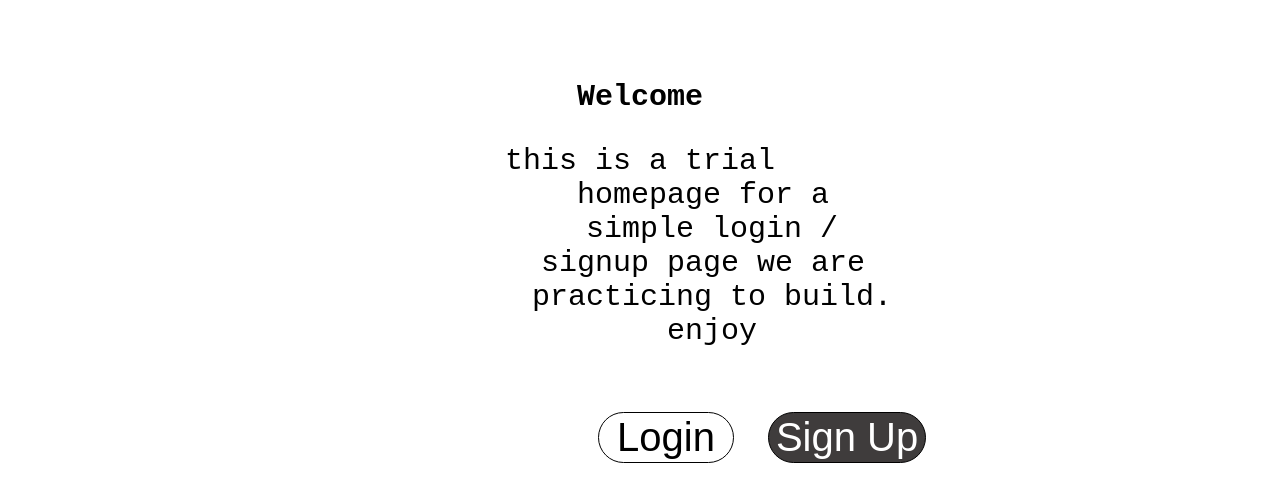
Repository: yhung004/TUTORIAL_PAGE
Page: home.html
An editor plug-in stored every save of this project. The page is shown before and after the next save, followed by the edit.
The browser window is 1280 px wide. The pictures show the whole page.

Above is the page before, as saved 2024-04-10 02:06:26.

### home.html
<!DOCTYPE html>
<html lang="en">
<head>
    <meta charset="UTF-8">
    <meta name="viewport" content="width=device-width, initial-scale=1.0">
    <title>Document</title>
    <link rel="stylesheet" href="main.css">
</head>
<body>
    <h3 class="welcome">Welcome</h3>
    <pre class="welcome_text">this is a trial
        homepage for a
        simple login /
        signup page we are
        practicing to build.
        enjoy
    </pre>
    <button class="button_a">
       <a href="#" class="button_a1">Login</a>
    </button>
    <button class="button_b">
        <a href="#" class="button_b1">Sign Up</a>
    </button>
</body>
</html>

### main.css
.welcome{
    text-align: center;
    font-family: 'Courier New', Courier, monospace;
    font-size: 30px;
    margin-top: 80px;
}
.welcome_text {
    text-align:center;
    font-family: 'Courier New', Courier, monospace;
    font-size: 30px;
}
.button_a {
    position: relative;
    left: 590px;
    border: 1px solid black;
    background-color:white;
    border-radius: 30px;
    font-size: 40px;
    padding: 2px 18px 2px 18px;
}
.button_b {
    position: relative;
    right: -620px;
    border : 1px solid black;
    border-radius: 40px;
    background-color: rgb(63, 60, 60);
    color:white;
    font-size: 40px;
    padding: 2px 7px 2px 7px;
}
a.button_b1 {
    text-decoration: none;
    color:white;
}
a.button_a1 {
    text-decoration:none;
    color:black;
}

After the next save:
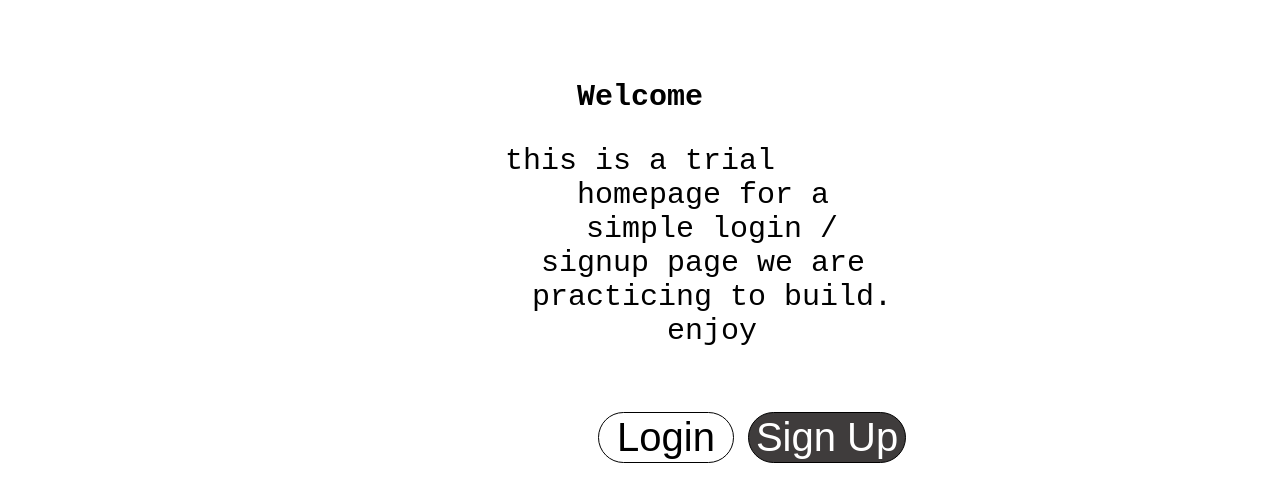
Saved 19 s later.
--- a/main.css
+++ b/main.css
@@ -20,7 +20,7 @@
 }
 .button_b {
     position: relative;
-    right: -620px;
+    right: -600px;
     border : 1px solid black;
     border-radius: 40px;
     background-color: rgb(63, 60, 60);
